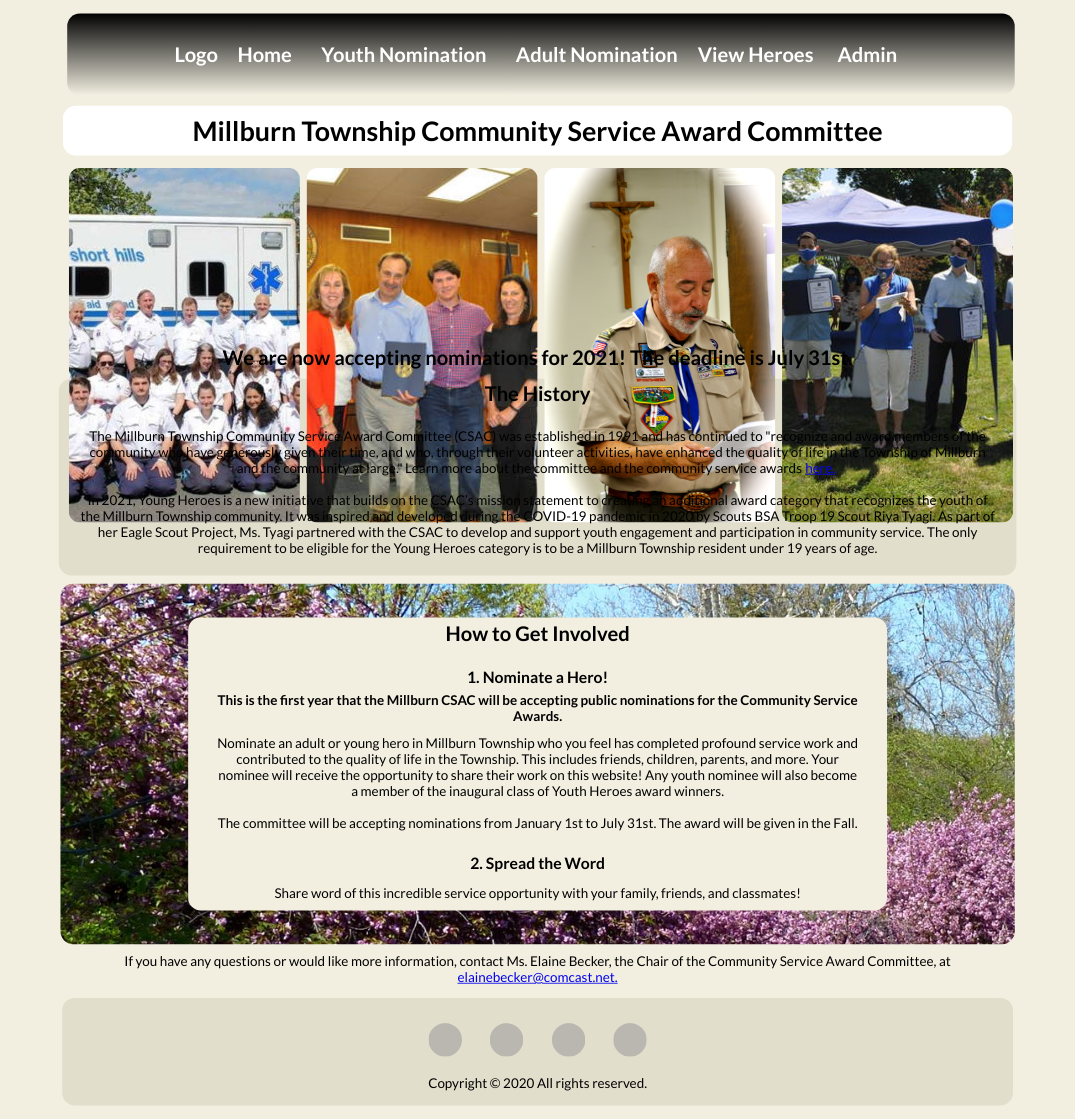
Repository: Centrattic/Young-Heroes-Website
Page: http://localhost/Frontend/home.php
These files come from the project's save history. The page is drawn as it stood at one moment and after the next save; the edit follows.
The browser window is 1280 px wide. The pictures show the whole page, at 84% of full size.
Pictures or frames that could not be fetched are drawn as grey boxes. The page is run by PHP 8.4 with error messages shown; the project is at /var/www/html/.

Above is the page before, as saved 2020-12-09 15:43:21.

After the next save:
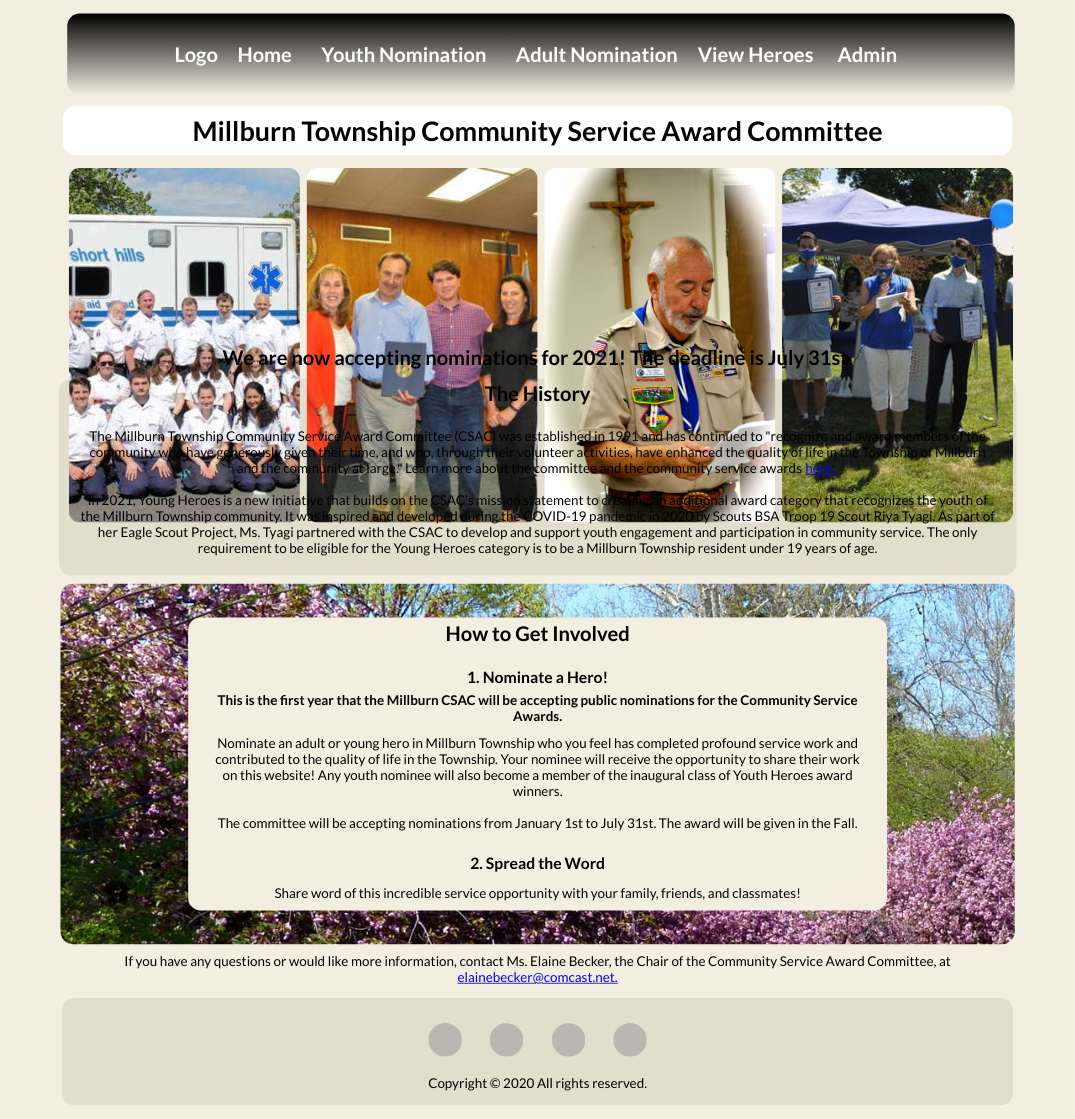
Saved 33 s later.
--- a/Eagle Project/Frontend/home.php
+++ b/Eagle Project/Frontend/home.php
@@ -103,7 +103,7 @@ require '../Backend/dbhconnect.php';
               <h3> 1. Nominate a Hero!</h3>
               <h4> This is the first year that the Millburn CSAC will be accepting public nominations for the Community Service Awards.</h4>
                 <p> Nominate an adult or young hero in Millburn Township who you feel has completed profound service work and contributed to the quality of life in the Township.
-                This includes friends, children, parents, and more. Your nominee will receive the opportunity to share their work on this website! Any youth nominee will also
+                 Your nominee will receive the opportunity to share their work on this website! Any youth nominee will also
                 become a member of the inaugural class of Youth Heroes award winners. <br><br>
                 The committee will be accepting nominations from January 1st to July 31st. The award will be given in the Fall.<p>
                <h3>  2. Spread the Word </h3> <p>Share word of this incredible service opportunity with your family, friends, and classmates!</p>
